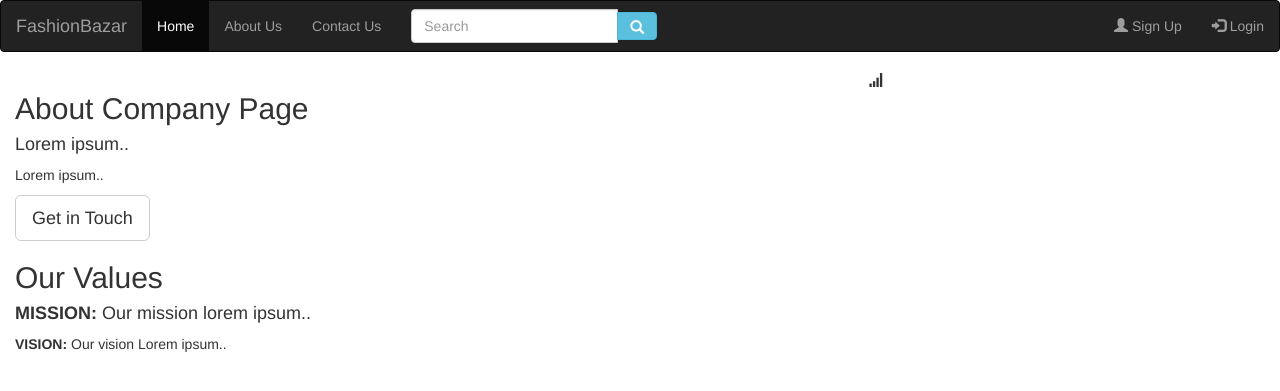
Repository: SmithaMendonca/Project-1
Page: http://localhost/FashionBazarFrontend/WEB-INF/views/AboutUs.jsp
An editor plug-in stored every save of this project. The page is shown before and after the next save, followed by the edit.
The browser window is 1280 px wide. The pictures show the whole page.
The page is served by Tomcat 9. Nobody is signed in. The template is opened directly, without the code that normally fills it, so the values that code supplies are empty.

Above is the page before, as saved 2019-06-06 04:48:21.

After the next save:
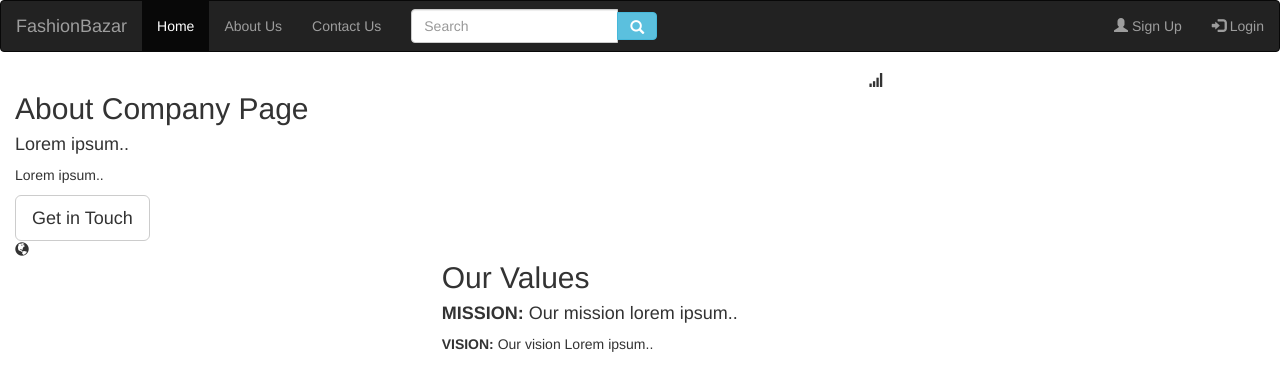
Saved 18 s later.
--- a/FashionBazarFrontend/src/main/webapp/WEB-INF/views/AboutUs.jsp
+++ b/FashionBazarFrontend/src/main/webapp/WEB-INF/views/AboutUs.jsp
@@ -22,10 +22,17 @@
 </div>
 
 	<div class="container-fluid bg-grey">
-  		<h2>Our Values</h2>
-  		<h4><strong>MISSION:</strong> Our mission lorem ipsum..</h4>
- 		<p><strong>VISION:</strong> Our vision Lorem ipsum..
-	</div>
+  <div class="row">
+    <div class="col-sm-4">
+      <span class="glyphicon glyphicon-globe logo"></span>
+    </div>
+    <div class="col-sm-8">
+      <h2>Our Values</h2>
+      <h4><strong>MISSION:</strong> Our mission lorem ipsum..</h4>
+      <p><strong>VISION:</strong> Our vision Lorem ipsum..</p>
+    </div>
+  </div>
+</div>
 
 </body>
 </html>
